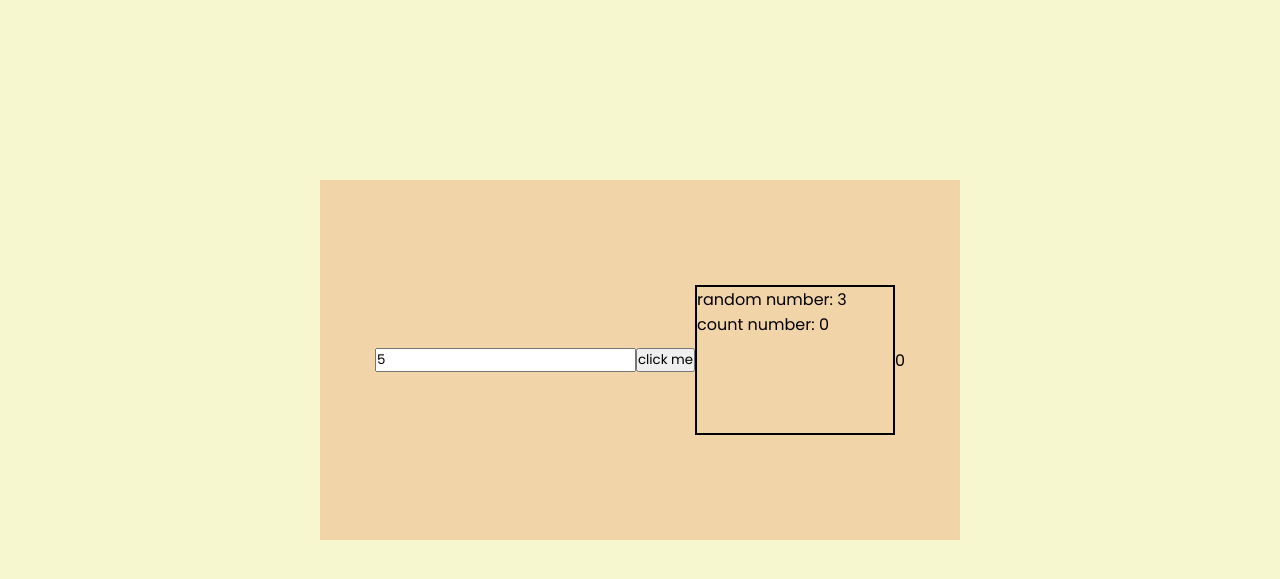
Repository: LusyaPetrosyan/Guessing-Game
Page: index.html
These files come from the project's save history. The page is drawn as it stood at one moment and after the next save; the edit follows.
The browser window is 1280 px wide. The pictures show the whole page.
Empty fields were first filled with sample values (such as "Sample", 5 or name@example.com).
After loading, the first visible `#button` was clicked once.

Above is the page before, as saved 2022-02-21 23:19:42.

After the next save:
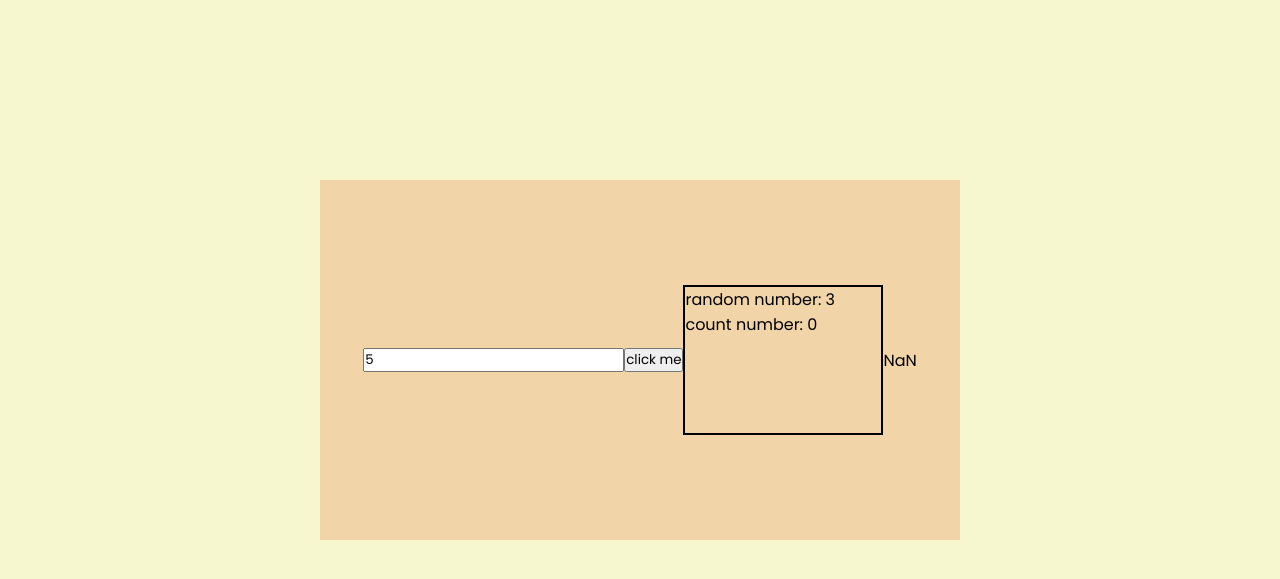
Saved 3 min 7 s later.
--- a/script.js
+++ b/script.js
@@ -29,7 +29,7 @@
     let sum1 = 0;
 
     p2Text.innerText = "count number: " + count;
-    sum1 += count;
+    sum1 += p2Text;
     console.log("sum1", sum1);
     sum.innerHTML = sum1++;
 })

After the save that followed:
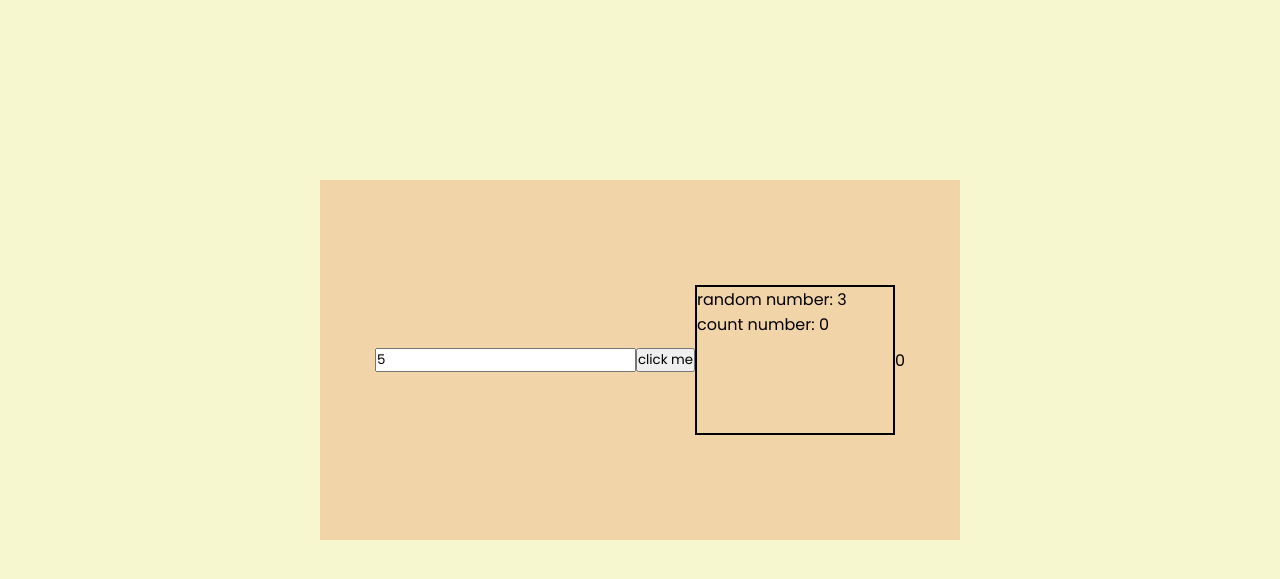
Saved 18 s later.
--- a/script.js
+++ b/script.js
@@ -29,7 +29,7 @@
     let sum1 = 0;
 
     p2Text.innerText = "count number: " + count;
-    sum1 += p2Text;
+    sum1 += count;
     console.log("sum1", sum1);
     sum.innerHTML = sum1++;
 })
